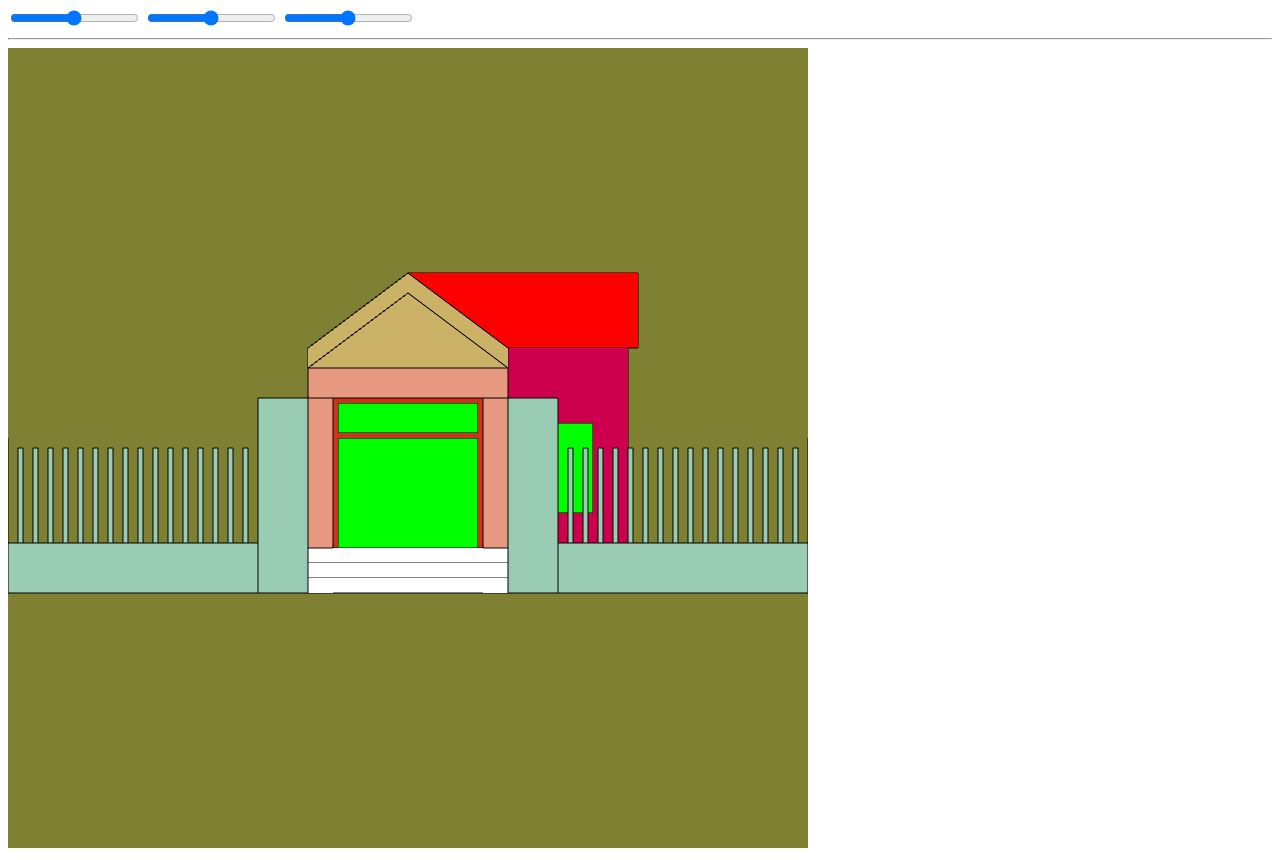
Repository: JoinGame-A36664/Build-House-WebGL
Page: index.html
The author's editor kept a copy of each file at every save. The page is drawn from the files as they stood at one save, then again after the next save.
The browser window is 1280 px wide. The pictures show the whole page.

Above is the page before, as saved 2021-10-24 23:34:18.
Console error: ReferenceError: program is not defined

After the next save:
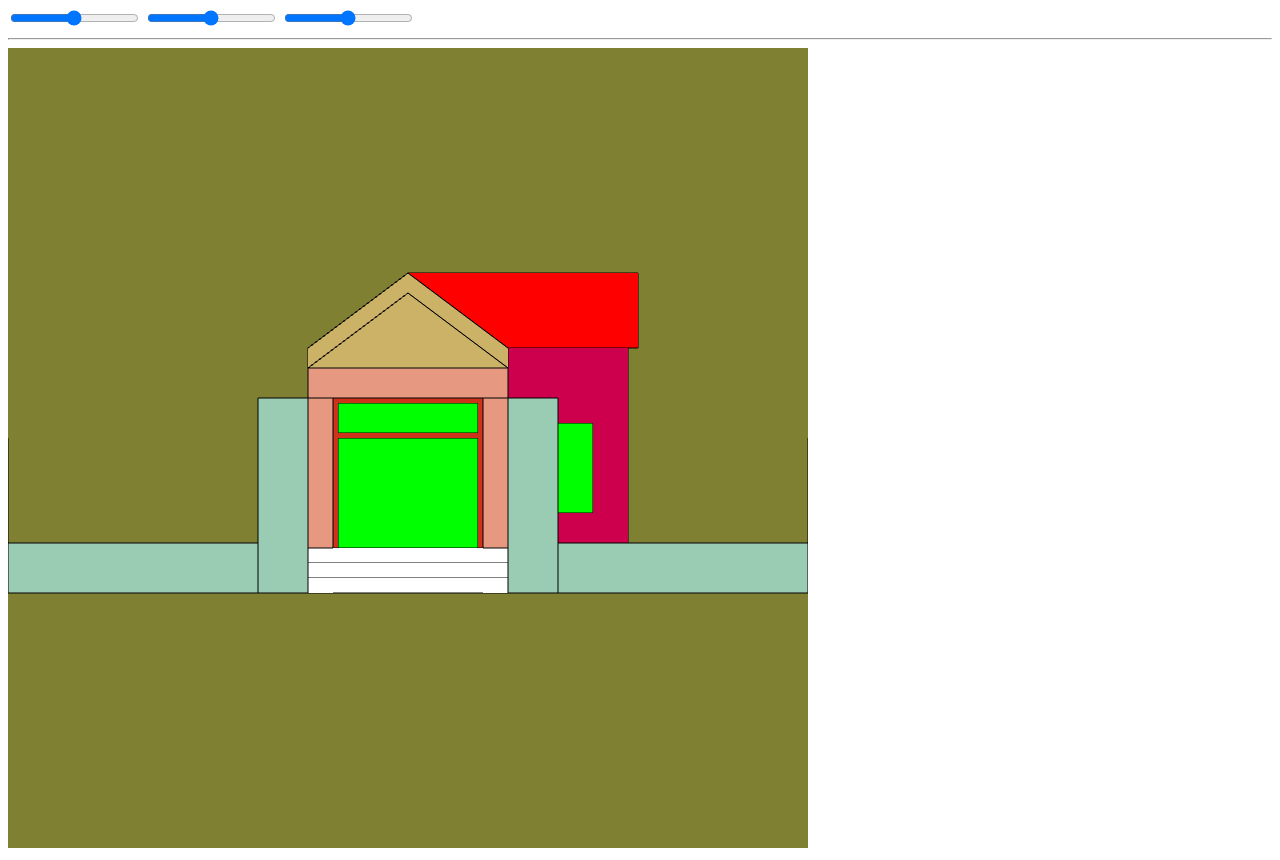
Saved 5 min 14 s later.
--- a/Bietthu1.js
+++ b/Bietthu1.js
@@ -274,8 +274,8 @@ function buildHouse(program, vertices, vertexColors) // Truyền vào những g
 
 
 
-          Drawfence(program, 16, vec3(320, -190, 730), vec3(330, -190, 730), vec3(330, 0, 730), vec3(320, 0, 730), vec3(320, 0, 720), vec3(320, -190, 720), vec3(330, -190, 720), vec3(330, 0, 720));
-          Drawfence(program, 16, vec3(-780, -190, 730), vec3(-770, -190, 730), vec3(-770, 0, 730), vec3(-780, 0, 730), vec3(-780, 0, 720), vec3(-780, -190, 720), vec3(-770, -190, 720), vec3(-770, 0, 720));
+          // Drawfence(program, 16, vec3(320, -190, 730), vec3(330, -190, 730), vec3(330, 0, 730), vec3(320, 0, 730), vec3(320, 0, 720), vec3(320, -190, 720), vec3(330, -190, 720), vec3(330, 0, 720));
+          // Drawfence(program, 16, vec3(-780, -190, 730), vec3(-770, -190, 730), vec3(-770, 0, 730), vec3(-780, 0, 730), vec3(-780, 0, 720), vec3(-780, -190, 720), vec3(-770, -190, 720), vec3(-770, 0, 720));
 
 
           quad(program, vertices[0], vertices[1], vertices[2], vertices[3], vertexColors[0]);
